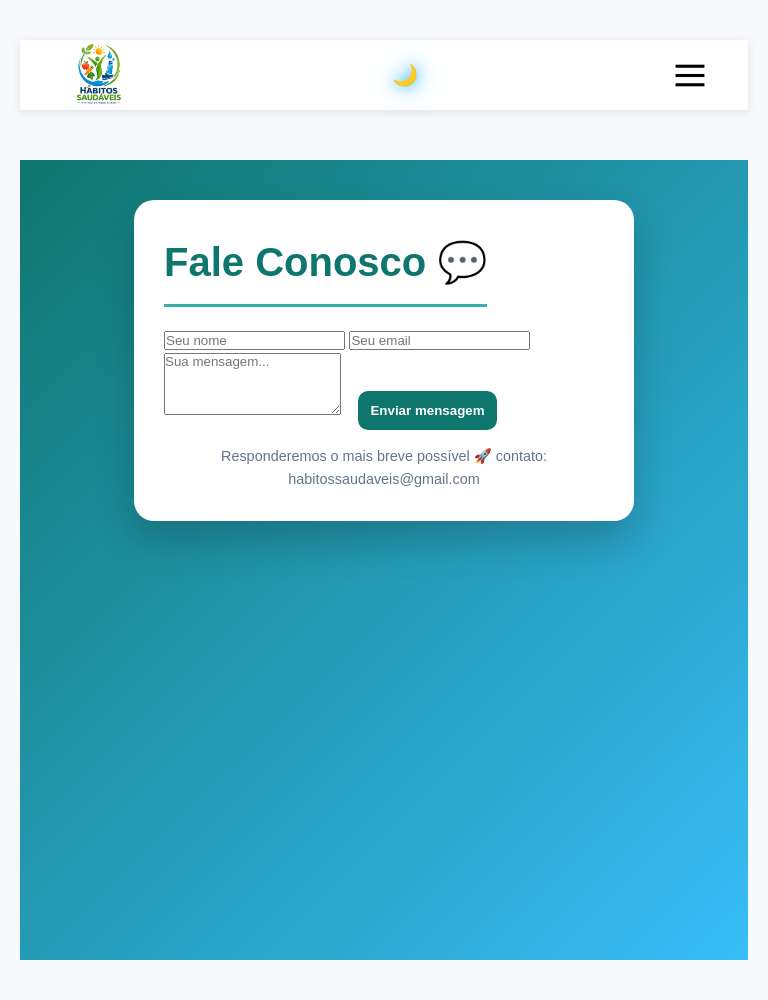
Repository: habitos2026/projetointegrador2026
Page: contato.html
These files come from the project's save history. The page is drawn as it stood at one moment and after a run of saves; the edit follows.
The browser window is 768 px wide. The pictures show the whole page.
The pointer rests on the first visible `.botaoMenu`.

Above is the page before, as saved 2026-06-10 23:23:25.

After the next 4 saves:
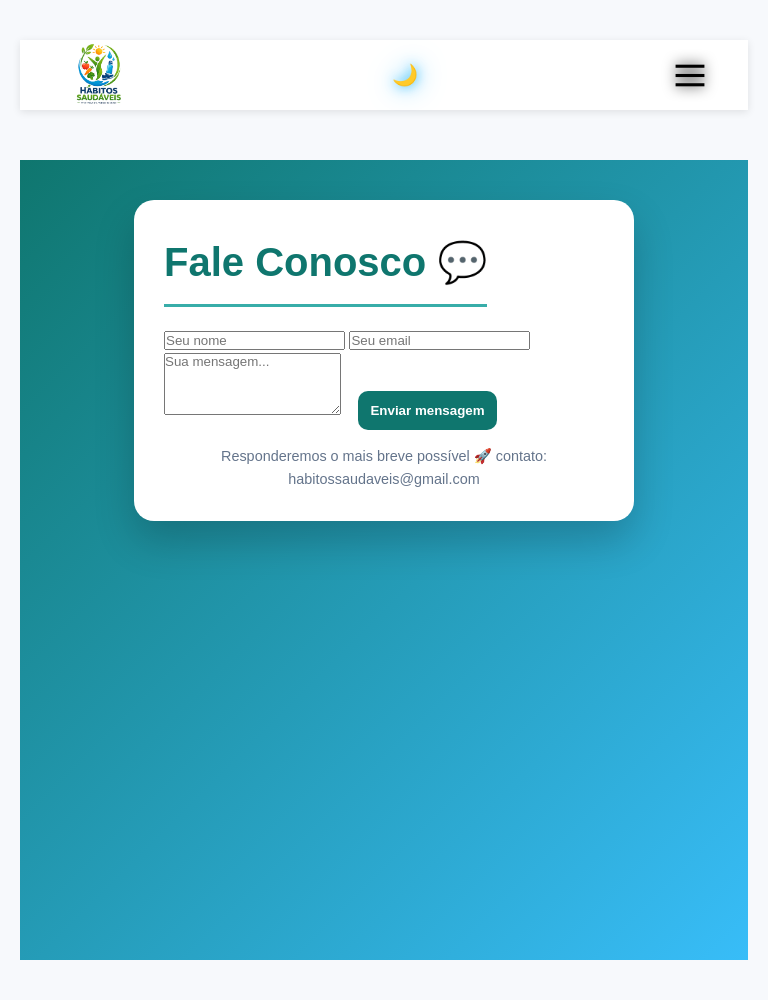
The 4 saves are shown as one change because they came seconds apart.
The last was saved 38 s later.
--- a/estilos.css
+++ b/estilos.css
@@ -504,7 +504,7 @@
 
     .botaoMenu:hover{
         transform: scale(1.03);
-        filter: ;
+        filter: drop-shadow(0 0 6px );
     }
 
     .menu{

After the save that followed:
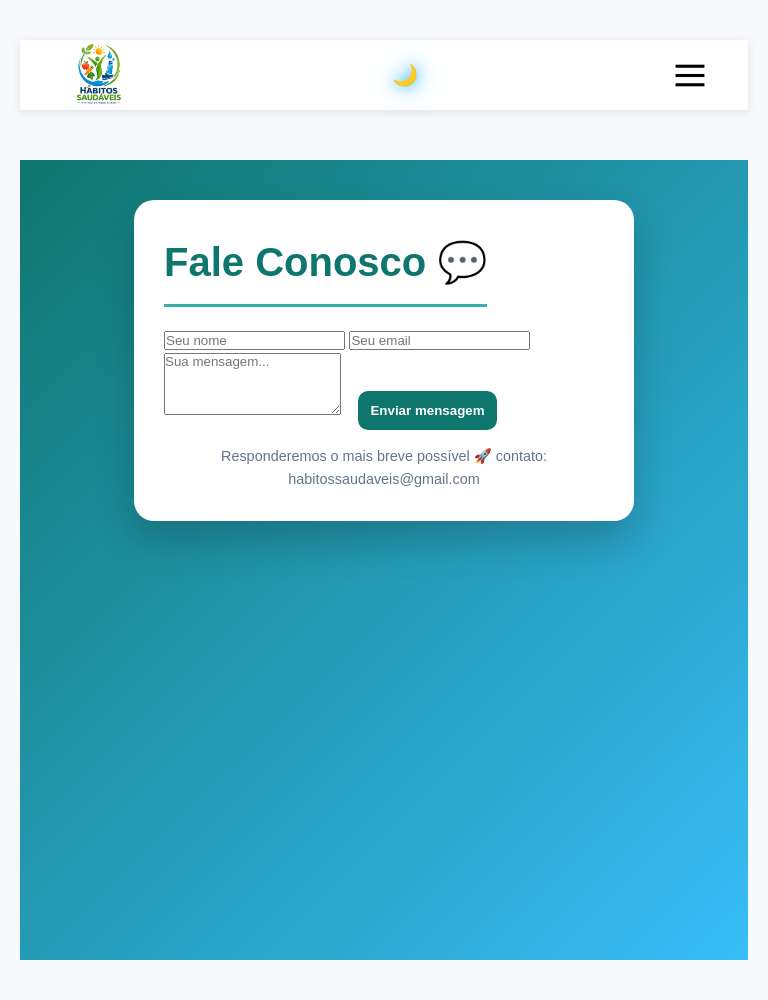
Saved 5 s later.
--- a/estilos.css
+++ b/estilos.css
@@ -504,7 +504,7 @@
 
     .botaoMenu:hover{
         transform: scale(1.03);
-        filter: drop-shadow(0 0 6px );
+        filter: drop-shadow(0 0 6px rgba);
     }
 
     .menu{
